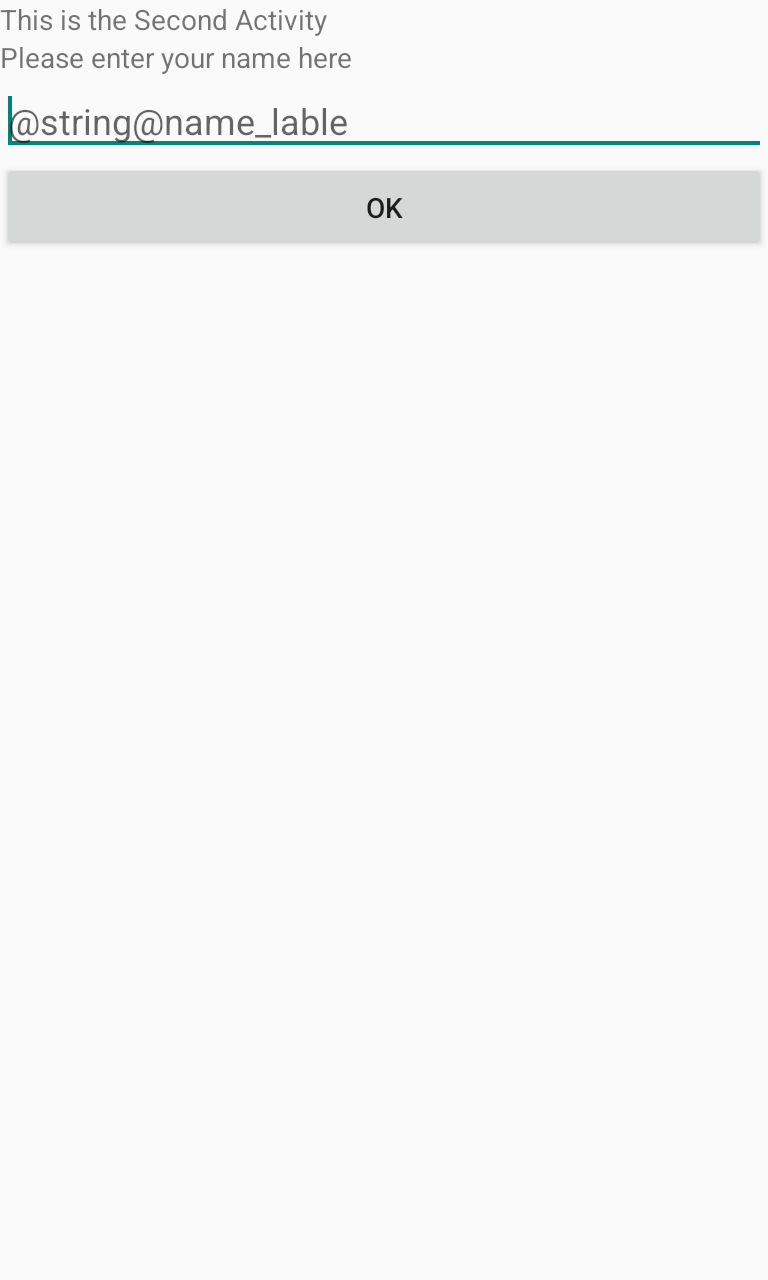
Repository: zieckey/androidworkspace
Layout: UsingIntent/res/layout/second_activity.xml
These files come from the project's save history. The layout is drawn as it stood at one moment and after the next save; the edit follows.
It is drawn on a 768 x 1280 px phone screen (xhdpi) without system bars, with theme AppTheme; the app's code is not run.

Above is the layout before, as saved 2014-09-06 08:35:28.

### UsingIntent/res/layout/second_activity.xml
<LinearLayout xmlns:android="http://schemas.android.com/apk/res/android"
    android:layout_width="match_parent"
    android:layout_height="match_parent"
    android:orientation="vertical" >


    <TextView
        android:layout_width="match_parent"
        android:layout_height="wrap_content"
        android:text="@string/second_activity_desc"/>

    <TextView
        android:id="@+id/txt_username"
        android:layout_width="match_parent"
        android:layout_height="wrap_content"
        android:text="@string/name_lable" />

    <EditText
        android:id="@+id/editText1"
        android:layout_width="match_parent"
        android:layout_height="wrap_content"
        android:hint="@string@name_lable"
        android:ems="10" >

        <requestFocus />
    </EditText>

    <Button
        android:id="@+id/button1"
        android:layout_width="match_parent"
        android:layout_height="wrap_content"
        android:text="@string/ok_button_text"
        android:onClick="onClick"/>

</LinearLayout>

### UsingIntent/res/values/strings.xml
<?xml version="1.0" encoding="utf-8"?>
<resources>

    <string name="app_name">UsingIntent</string>
    <string name="hello_world">Hello world!</string>
    <string name="action_settings">Settings</string>
    <string name="second_activity_desc">This is the Second Activity</string>
    <string name="button_text">Display the second Activity</string>
    <string name="name_lable">Please enter your name here</string>
    <string name="ok_button_text">OK</string>

</resources>

Loaded but not shown: UsingIntent/res/values/styles.xml (common file); UsingIntent/res/values-v11/styles.xml (common file); UsingIntent/res/values-v14/styles.xml (common file)

After the next save:
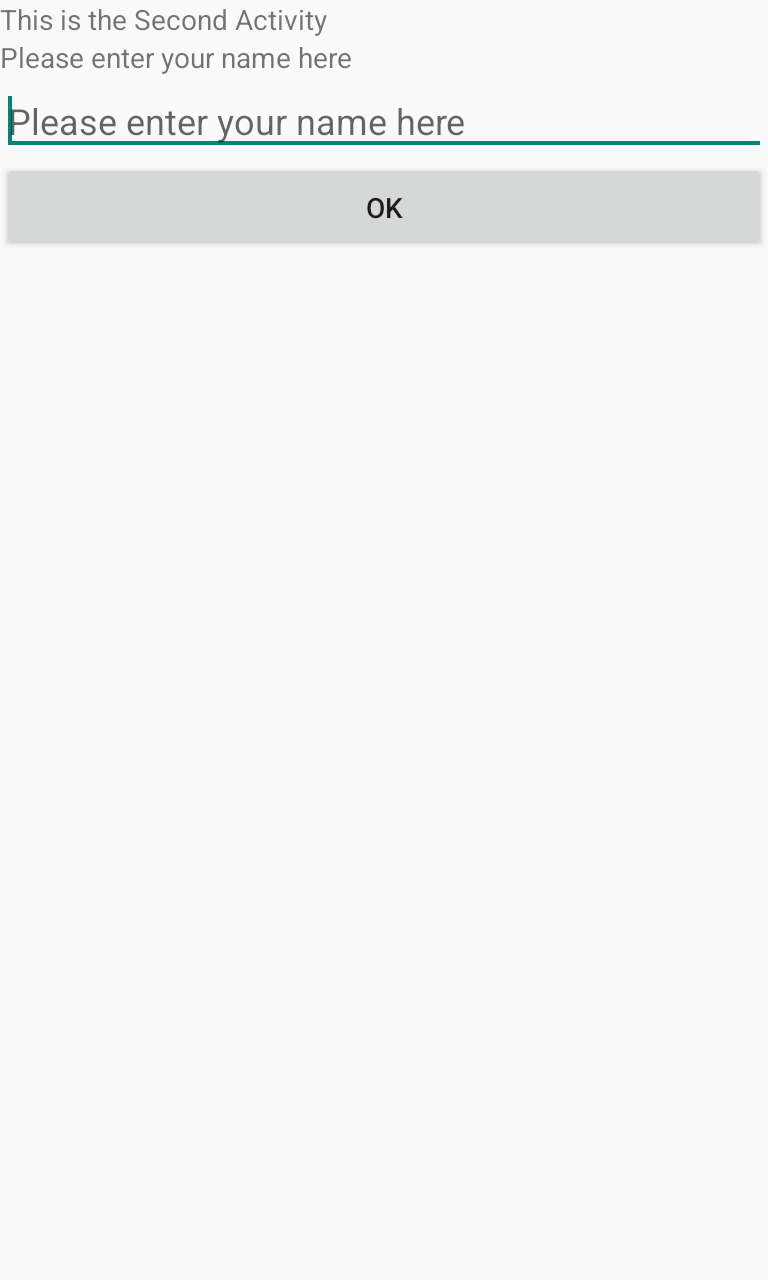
Saved 14 s later.
--- a/UsingIntent/res/layout/second_activity.xml
+++ b/UsingIntent/res/layout/second_activity.xml
@@ -19,7 +19,7 @@
         android:id="@+id/editText1"
         android:layout_width="match_parent"
         android:layout_height="wrap_content"
-        android:hint="@string@name_lable"
+        android:hint="@string/name_lable"
         android:ems="10" >
 
         <requestFocus />
